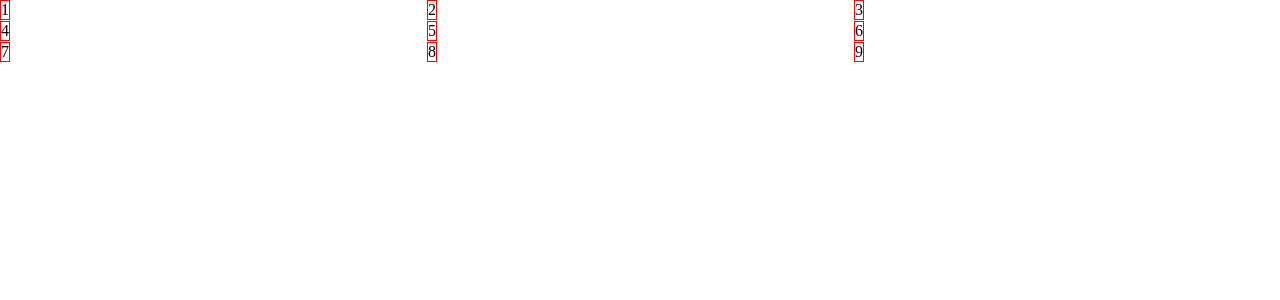
Repository: DaozhangChen/qiMen
Page: /
The author's editor kept a copy of each file at every save. The page is drawn from the files as they stood at one save, then again after the next save.
The browser window is 1280 px wide. The pictures show the whole page.
The project was rebuilt for these pictures with package versions that can differ from the ones it lists, and the page was loaded fresh each time. Also part of the build but not shown: vite.config.js.

Above is the page before, as saved 2024-04-04 17:54:58.

### src/App.jsx
import Suduku from './compoment/Suduku'

function App() {

  return (
    <>
      <Suduku />
    </>
  )
}

export default App

### src/index.css
* {
  padding: 0;
  margin: 0;
  box-sizing: border-box;
}

ul,
li {
  list-style: none;
}

### src/compoment/Suduku.jsx
import "./Suduku.css"

function Suduku() {
    const regionArr = [1, 2, 3, 4, 5, 6, 7, 8, 9]
    return (
        <div className="sudoku-grid">
            {/* 生成九宫格 */}
            {regionArr.map((value) => (
                <div key={`row-${value}`} className="sudoku-row">
                    <li className="suduku-cell">
                        {value}
                    </li>
                </div>
            ))}
        </div>
    )
}
export default Suduku

### src/compoment/Suduku.css
.sudoku-grid {
    display: grid;
    grid-template-columns: repeat(3, 1fr);
    grid-template-rows: repeat(3, 1fr);
    gap: 1px;
    grid-template-areas:
        "top-left top-center top-right"
        "middle-left middle-center middle-right"
        "bottom-left bottom-center bottom-right";
}

.sudoku-row {
    display: flex;
}

.suduku-cell {
    border: 1px solid red;
}

Loaded but not shown: index.html (common file); src/main.jsx (common file)

After the next save:
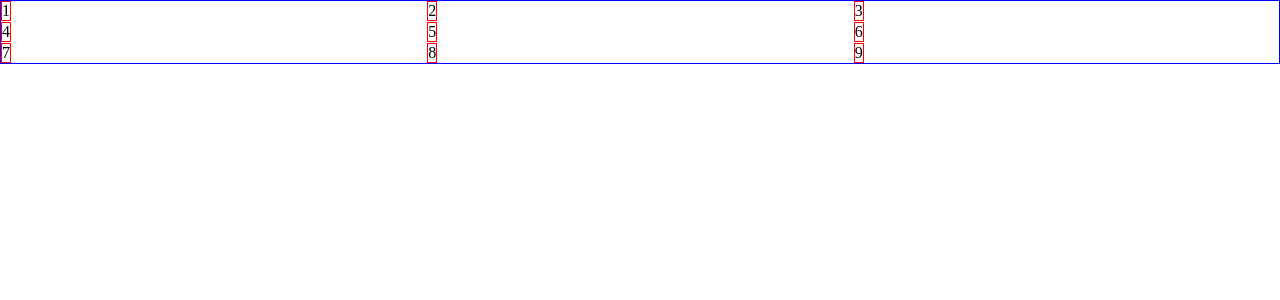
Saved 20 s later.
--- a/src/compoment/Suduku.css
+++ b/src/compoment/Suduku.css
@@ -1,4 +1,5 @@
 .sudoku-grid {
+    border: 1px solid blue;
     display: grid;
     grid-template-columns: repeat(3, 1fr);
     grid-template-rows: repeat(3, 1fr);
